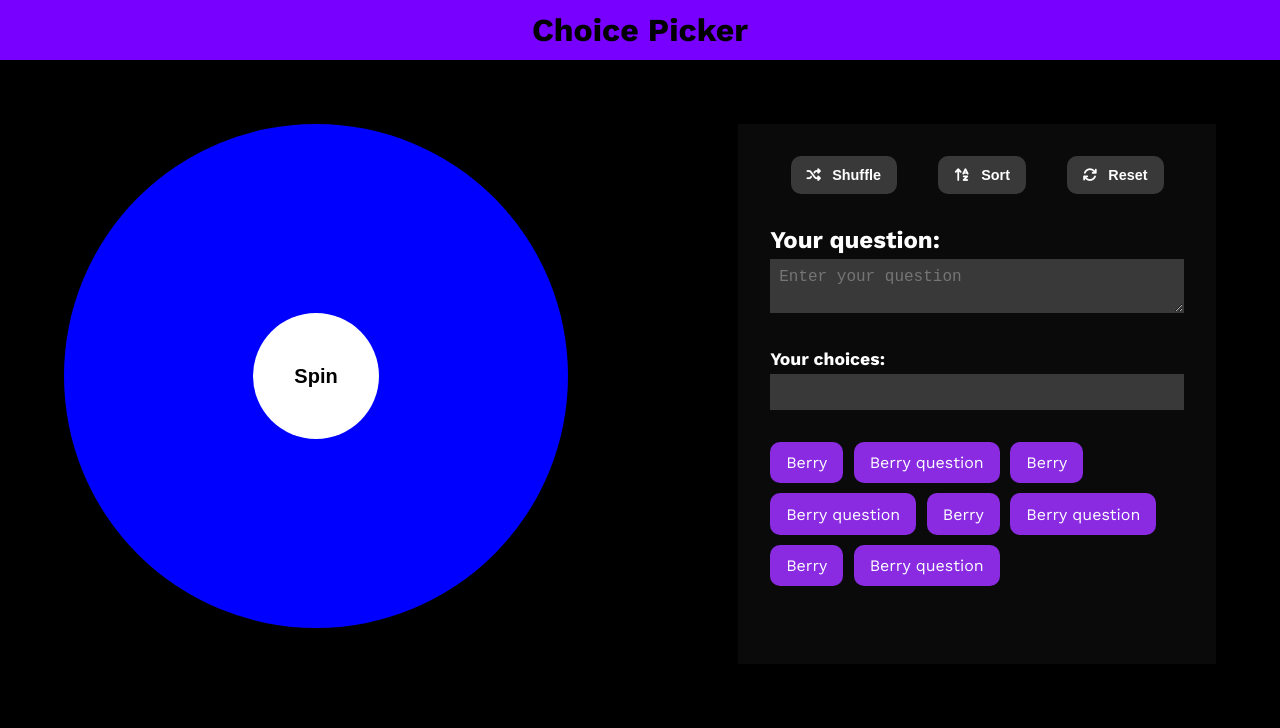
Repository: emiliaiwu/choice_wheel_spinner
Page: index.html
An editor plug-in stored every save of this project. The page is shown before and after a run of saves, followed by the edit.
The browser window is 1280 px wide. The pictures show the whole page.
Some web libraries are served in a nearby version.

Above is the page before, as saved 2023-01-10 00:55:30.

After the next 2 saves:
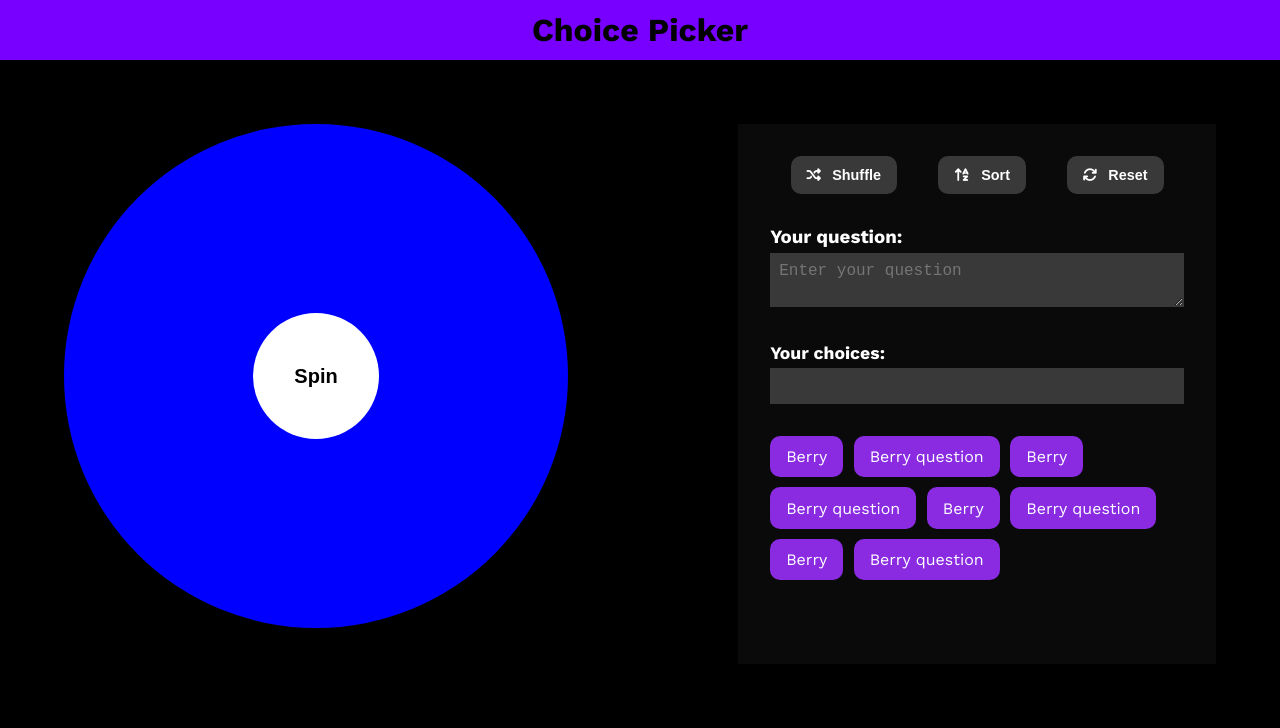
The 2 saves are shown as one change because they came seconds apart.
The last was saved 10 s later.
--- a/index.html
+++ b/index.html
@@ -28,7 +28,7 @@
                     <button class="reset btn"><i class="fa-solid fa-arrows-rotate"></i>Reset</button>
                 </div>
                 <div class="question">
-                    <h2>Your question:</h2>
+                    <h3>Your question:</h3>
                     <textarea name="question" id="" placeholder="Enter your question"></textarea>
                 </div>
                 <div class="make_choices">
